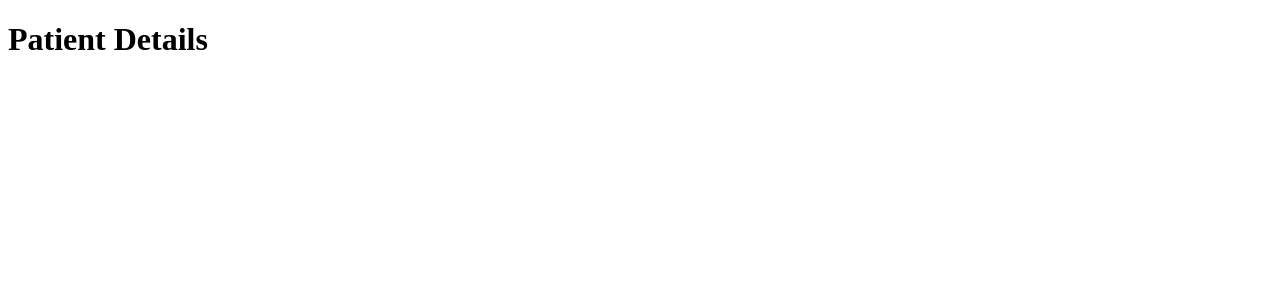
Repository: Madavahari/Servlets
Page: http://localhost/hms/home.jsp
These files come from the project's save history. The page is drawn as it stood at one moment and after the next save; the edit follows.
The browser window is 1280 px wide. The pictures show the whole page.
The page is served by Tomcat 9. Queries for data that is not in the repository find no rows.

Above is the page before, as saved 2024-10-17 13:55:42.

After the next save:
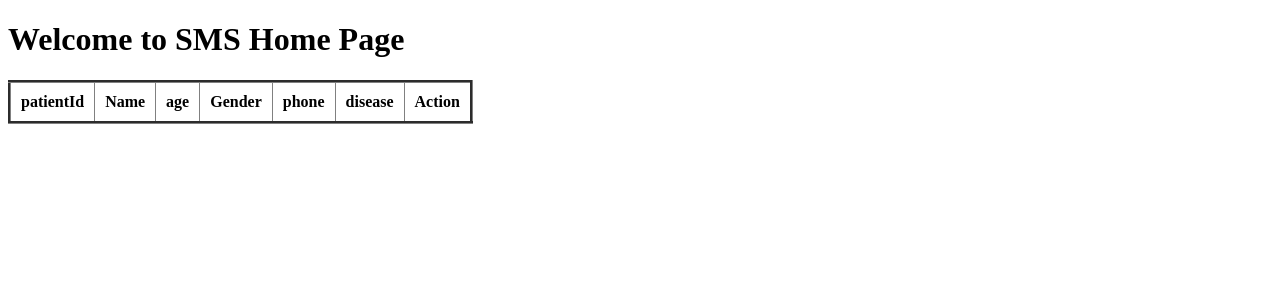
Console error: TypeError: Cannot read properties of null (reading 'style')
Saved 4 min 41 s later.
--- a/servlets/hms/src/main/webapp/home.jsp
+++ b/servlets/hms/src/main/webapp/home.jsp
@@ -1,12 +1,65 @@
+<%@page import="java.sql.DriverManager"%>
+<%@page import="java.sql.ResultSet"%>
+<%@page import="java.sql.PreparedStatement"%>
+<%@page import="java.sql.Connection"%>
 <%@ page language="java" contentType="text/html; charset=UTF-8"
     pageEncoding="UTF-8"%>
 <!DOCTYPE html>
 <html>
 <head>
 <meta charset="UTF-8">
-<title>Insert title here</title>
+<title>Home Page</title>
 </head>
 <body>
-<h1>Patient Details</h1>
+	<%
+	Connection c = null;
+	PreparedStatement ps = null;
+	ResultSet rs = null;
+	try {
+		Class.forName("com.mysql.cj.jdbc.Driver");
+		c = DriverManager.getConnection("jdbc:mysql://localhost:3306/hms", "root", "root");
+		ps = c.prepareStatement("select * from patient");
+		rs = ps.executeQuery();
+	} catch (Exception e) {
+		e.printStackTrace();
+	}
+	%>
+	<h1>Welcome to SMS Home Page </h1>
+	<table border="3" rules="all" cellpadding="10">
+		<thead>
+			<tr>
+				<th>patientId</th>
+				<th>Name</th>
+				<th>age</th>
+				<th>Gender</th>
+				<th>phone</th>
+				<th>disease</th>
+				<th colspan="2">Action</th>
+			</tr>
+		</thead>
+		<tbody>
+			<%
+			while(rs.next())
+			{
+			%>
+			<tr>
+				<td><%= rs.getInt(1) %></td>
+				<td><%= rs.getString(2) %></td>
+				<td><%= rs.getInt(3) %></td>
+				<td><%= rs.getString(4) %></td>
+				<td><%= rs.getLong(5) %></td>
+				<td><%= rs.getString(6) %></td>
+				<td><a href="delete?sid=<%= rs.getInt(1)%>"><button>Delete</button></a></td>
+				<td><a href="updatepage?id=<%= rs.getInt(1)%>"><button>Update</button></a></td>
+			</tr>
+			<%} %>
+		</tbody>
+	</table>
+<script type="text/javascript">
+let msgEle=document.getElementById("msg");
+setTimeout(()=>{
+	msgEle.style.display="none";
+},2000)
+</script>
 </body>
 </html>
